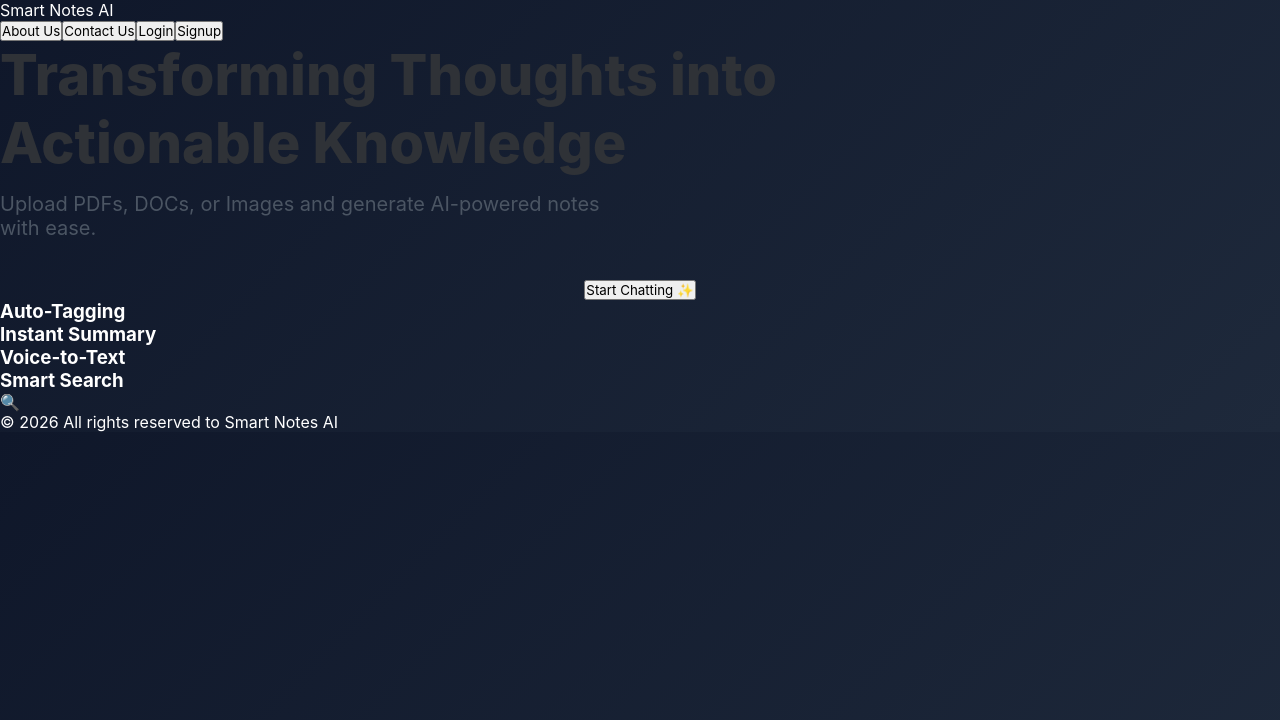
Repository: Nikhilesh-Attal/smart-notes-ai
Page: / (app in frontend/)
These files come from the project's save history. The page is drawn as it stood at one moment and after the next save; the edit follows.
The browser window is 1280 px wide. The pictures show the whole page.
The project was rebuilt for these pictures with package versions that can differ from the ones it lists, and the page was loaded fresh each time. Also part of the build but not shown: frontend/vite.config.ts, frontend/src/pages/chat.css, frontend/src/pages/chat.tsx, frontend/src/pages/auth.css, frontend/src/pages/Login.tsx, frontend/src/pages/Signup.tsx, frontend/src/pages/About.tsx.

Above is the page before, as saved 2026-02-24 16:45:35.

After the next save:
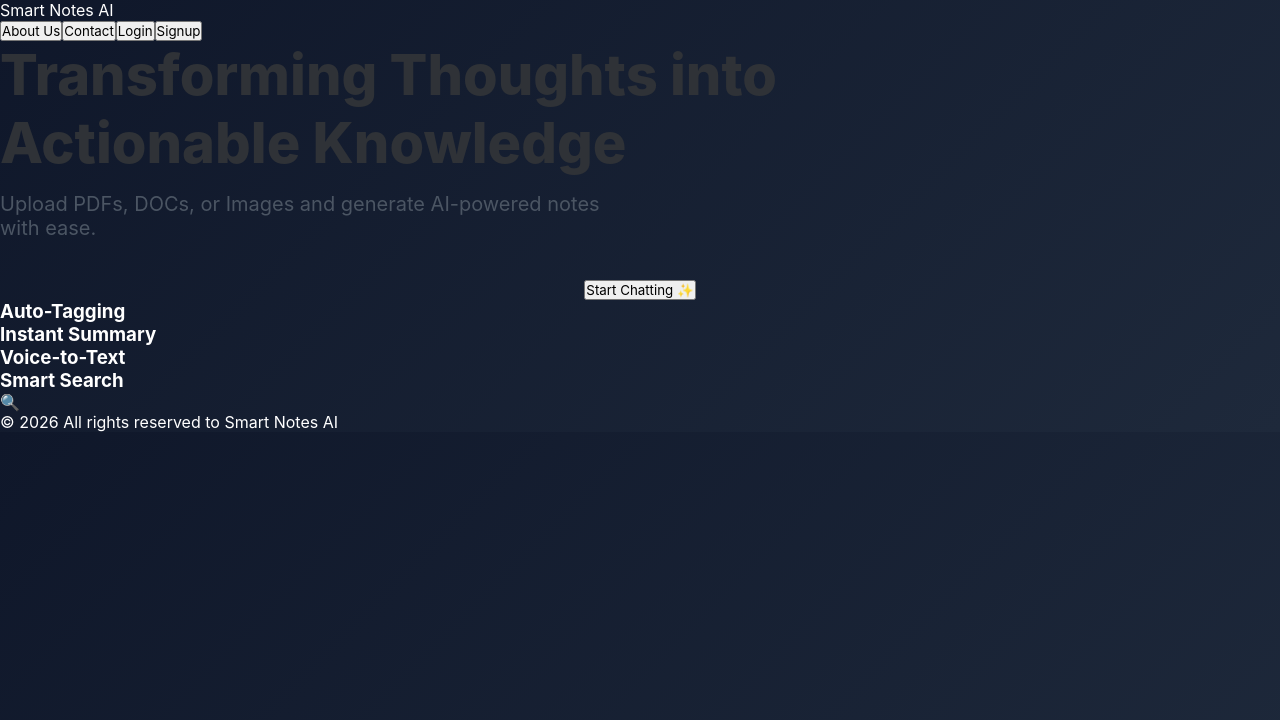
Saved 7 s later.
--- a/frontend/src/pages/Home.tsx
+++ b/frontend/src/pages/Home.tsx
@@ -50,7 +50,7 @@
 
         <div className="header-auth">
           <button onClick={() => navigate("/about")}>About Us</button>
-          <button onClick={() => navigate("/ContactUs")}>Contact Us</button>
+          <button onClick={() => navigate("/ContactUs")}>Contact</button>
           <button className="text-btn" onClick={() => navigate("/login")}>Login</button>
           <button className="primary-btn" onClick={() => navigate("/signup")}>Signup</button>
         </div>

After the 2 saves that followed:
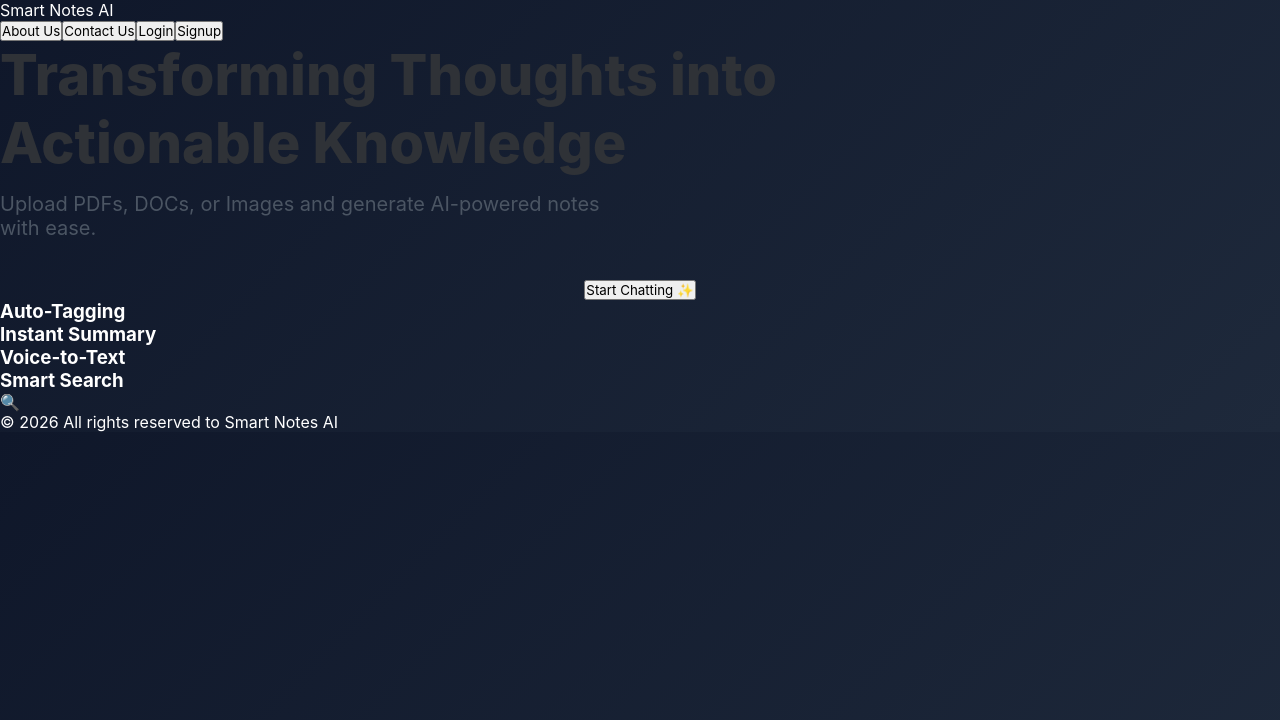
The 2 saves are shown as one change because they came seconds apart.
The last was saved 7 s later.
--- a/frontend/src/pages/Home.tsx
+++ b/frontend/src/pages/Home.tsx
@@ -50,7 +50,7 @@
 
         <div className="header-auth">
           <button onClick={() => navigate("/about")}>About Us</button>
-          <button onClick={() => navigate("/ContactUs")}>Contact</button>
+          <button onClick={() => navigate("/ContactUs")}>Contact Us</button>
           <button className="text-btn" onClick={() => navigate("/login")}>Login</button>
           <button className="primary-btn" onClick={() => navigate("/signup")}>Signup</button>
         </div>
